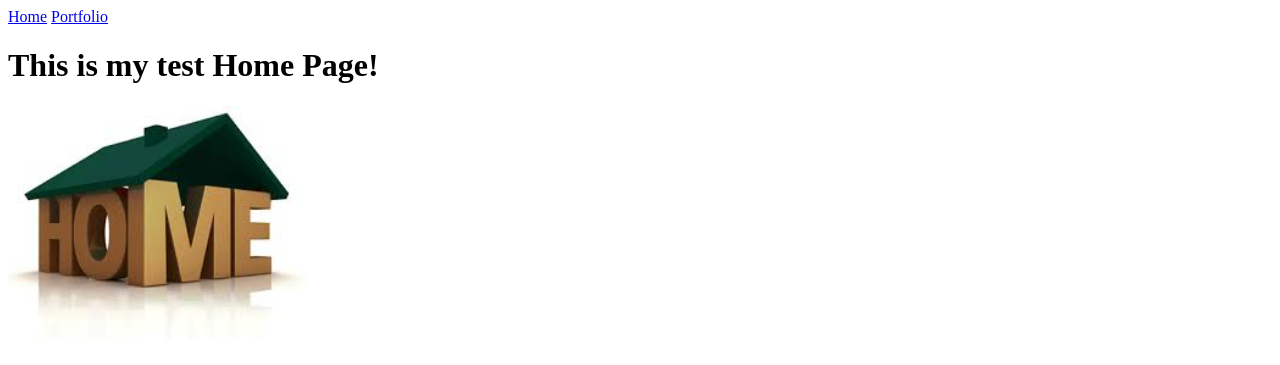
Repository: ashleykbc/aking1286.github.io
Page: my_website/index.html
The author's editor kept a record of every edit. The page is drawn from the files as they stood at one moment, then again after the next edit.
The browser window is 1280 px wide. The pictures show the whole page.

Above is the page before.

### my_website/index.html
<!doctype html>
<html lang="en">
  <head>
    <meta charset="utf-8">
    <title>Home</title>
  </head>
  <body>
    <a href="index.html">Home</a>
    <a href="portfolio.html">Portfolio</a>
    <h1>This is my test Home Page!</h1>
    <img src="images/home.jpg" height="250">
  </body>
</html>

After the next edit:
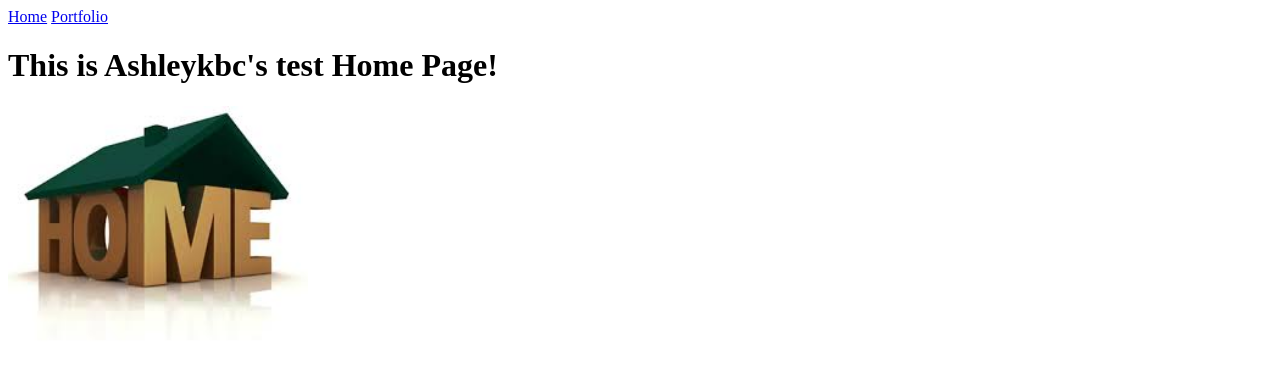
The edit:
--- a/my_website/index.html
+++ b/my_website/index.html
@@ -7,7 +7,7 @@
   <body>
     <a href="index.html">Home</a>
     <a href="portfolio.html">Portfolio</a>
-    <h1>This is my test Home Page!</h1>
+    <h1>This is Ashleykbc's test Home Page!</h1>
     <img src="images/home.jpg" height="250">
   </body>
 </html>
